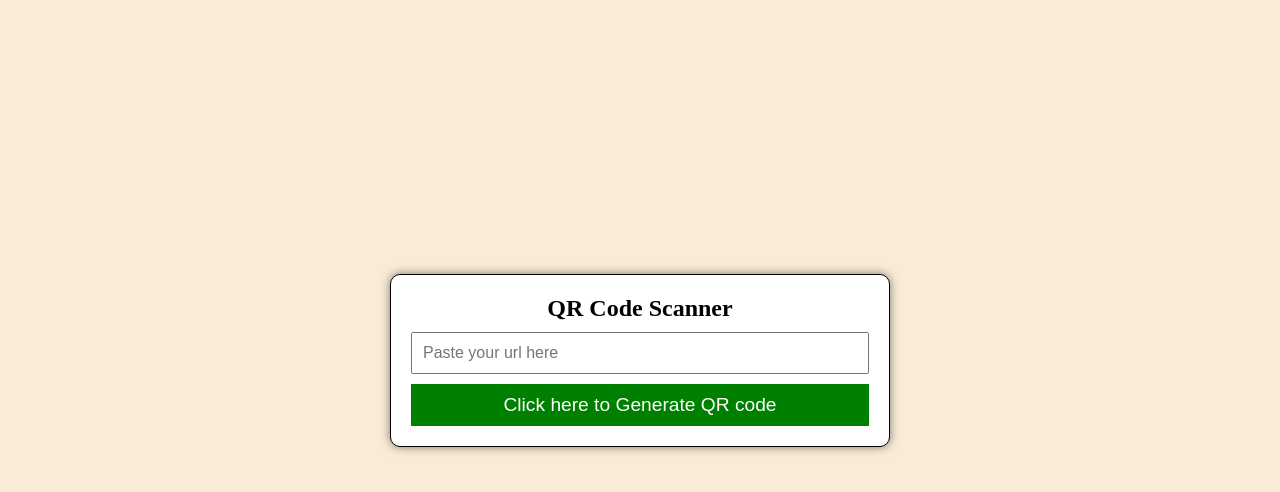
Repository: JunaidAnsari202/QR-Scanner
Page: index.html
The author's editor kept a copy of each file at every save. The page is drawn from the files as they stood at one save, then again after the next save.
The browser window is 1280 px wide. The pictures show the whole page.

Above is the page before, as saved 2024-10-12 20:56:40.

### index.html
<!DOCTYPE html>
<html lang="en">
<head>
    <meta charset="UTF-8">
    <meta name="viewport" content="width=device-width, initial-scale=1.0">
    <title>Document</title><link rel="stylesheet" href="style.css">
</head>
<body>
    <div class="qr-container">
        <h2>QR Code Scanner</h2>
        <input type="text" id="qr-input" placeholder="Paste your url here">
        <button id="qr-button">Click here to Generate QR code</button>
        <img src="" alt="" id="qr-img">
    </div>
</body>
<script src="script.js"></script>
</html>

### style.css
*{
    padding: 0;
    margin: 0;
    box-sizing: border-box;
}

body{
    background-color: antiquewhite;
    display: flex;
    justify-content: center;
    align-items: center;
    height: 100vh;
}

.qr-container{

    border: 1px solid black;
    border-radius: 10px;
    padding: 20px;
    width: 500px;
    box-shadow: 0 0 10px 0 rgba(0,0,0,0.5 );
    background-color: white;
}

h2{
    text-align: center;
    margin-bottom: 10px;
}

#qr-input{
    display: block;
    margin-bottom: 10px;
    width: 100%;
    font-size: 16px;
    padding: 10px;
}

#qr-button{
    width: 100%;
    padding: 10px;
    font-size: 1.2rem;
    border: none;
    background-color:green;
    color: white;
}

#qr-img{
    display: flex;
    justify-content: center;
    align-items: center;
}

### script.js
let qrInput = document.getElementById('qr-input');
let qrImg = document.getElementById('qr-img');
let qrButton = document.getElementById('qr-button');


console.log(qrInput, qrImg, qrButton);


qrButton.addEventListener('click',()=>{
    let inputValue = qrInput.value;


if(!inputValue){
    alert('Please enter a valid Url');
    return;
}else{
    qrImg.src=`https://api.qrserver.com/v1/create-qr-code/?size=150x150&data=${inputValue}`;
    qrImg.alt = `QR code for ${inputValue}`;

}

});

After the next save:
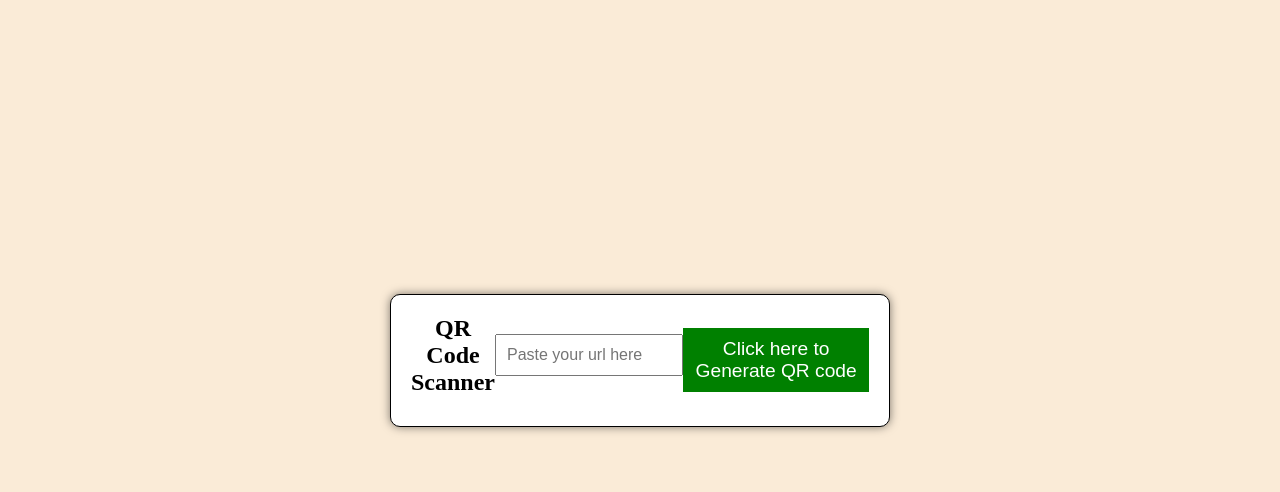
Saved 4 s later.
--- a/style.css
+++ b/style.css
@@ -13,7 +13,9 @@ body{
 }
 
 .qr-container{
-
+    display: flex;
+    justify-content: center;
+    align-items: center;
     border: 1px solid black;
     border-radius: 10px;
     padding: 20px;
